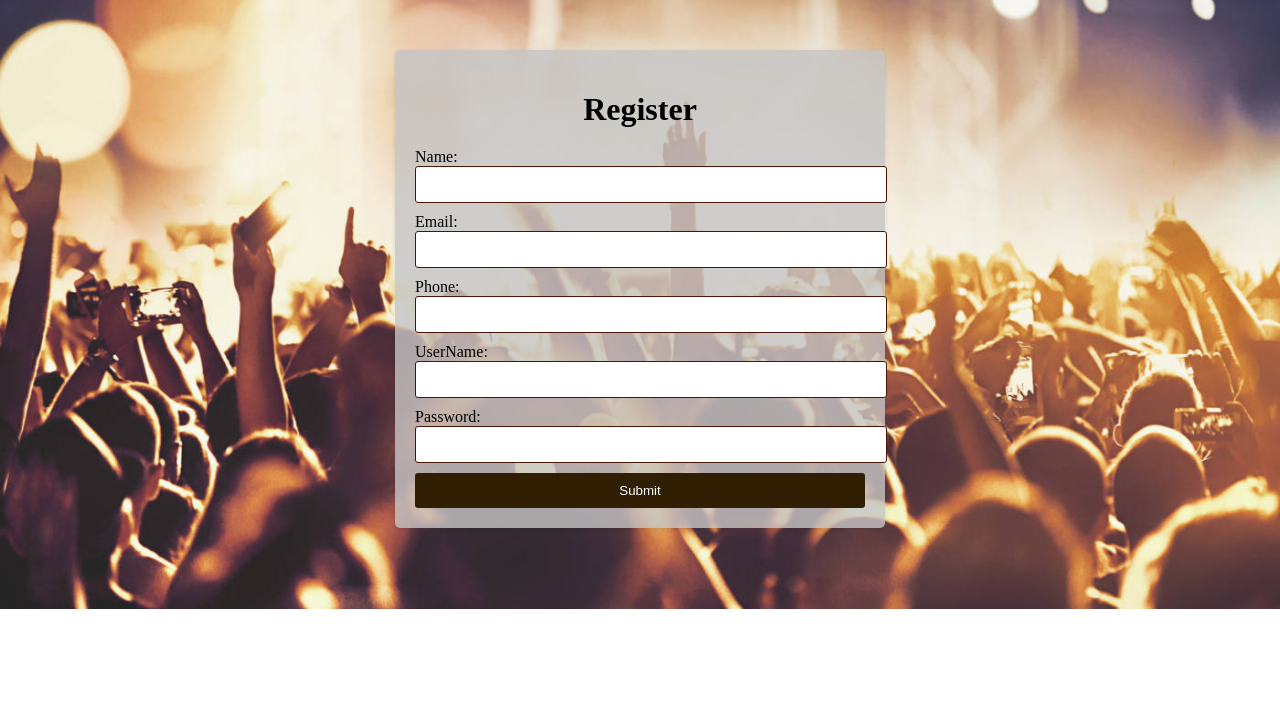
Repository: Dulankayapa/2ndyearoopprojrct
Page: http://localhost/feedback/Registration.jsp
The author's editor kept a copy of each file at every save. The page is drawn from the files as they stood at one save, then again after the next save.
The browser window is 1280 px wide. The pictures show the whole page.
The page is served by Tomcat 9. Other server files are loaded and not shown.

Above is the page before, as saved 2023-10-22 18:35:30.

### feedback/src/main/webapp/Registration.jsp
<%@ page language="java" contentType="text/html; charset=UTF-8"
    pageEncoding="UTF-8"%>
<!DOCTYPE html>
<html>
<head>
<meta charset="UTF-8">
<title>Insert title here</title>
<style>body {
    background-image: url("Case-Event-economics.jpg");
    background-size: cover;
    background-position: center;
    background-repeat: no-repeat;
  }

  form {
    max-width: 450px;
    margin: 50px auto;
    padding: 20px;
    border-radius: 5px;
    background-color: #c6c5c5cc;
    box-shadow: 0 2px 4px rgba(0, 0, 0, 0.1);
  }

  h1 {
    text-align: center;
    margin-bottom: 20px;
  }

  input[type="text"],
  input[type="password"] {
    width: 100%;
    padding: 10px;
    border: 1px solid hsl(15, 87%, 15%);
    border-radius: 3px;
    margin-bottom: 10px;
  }

  input[type="submit"] {
    width: 100%;
    padding: 10px;
    background-color: #301f03;
    color: #fff;
    border: none;
    border-radius: 3px;
    cursor: pointer;
  }

  input[type="submit"]:hover {
    background-color: #449d44;
  }

  label {
    display: block;
    margin-bottom: 5px;
    font-weight: bold;
  }
  </style>
</head>
<body>
	<form action = "insert" method = "post">
		<h1>Register</h1>
		Name:<input type = "text" name = "Name" required><br>
		Email:<input type = "text" name = "Email" required><br>
		Phone:<input type = "text" name = "Phone" required><br>
		UserName:<input type = "text" name = "UserName" required><br>
		Password:<input type = "password" name = "Password" required><br>

		<input type = "submit" value = "Submit">
	</form>
</body>
</html>

After the next save:
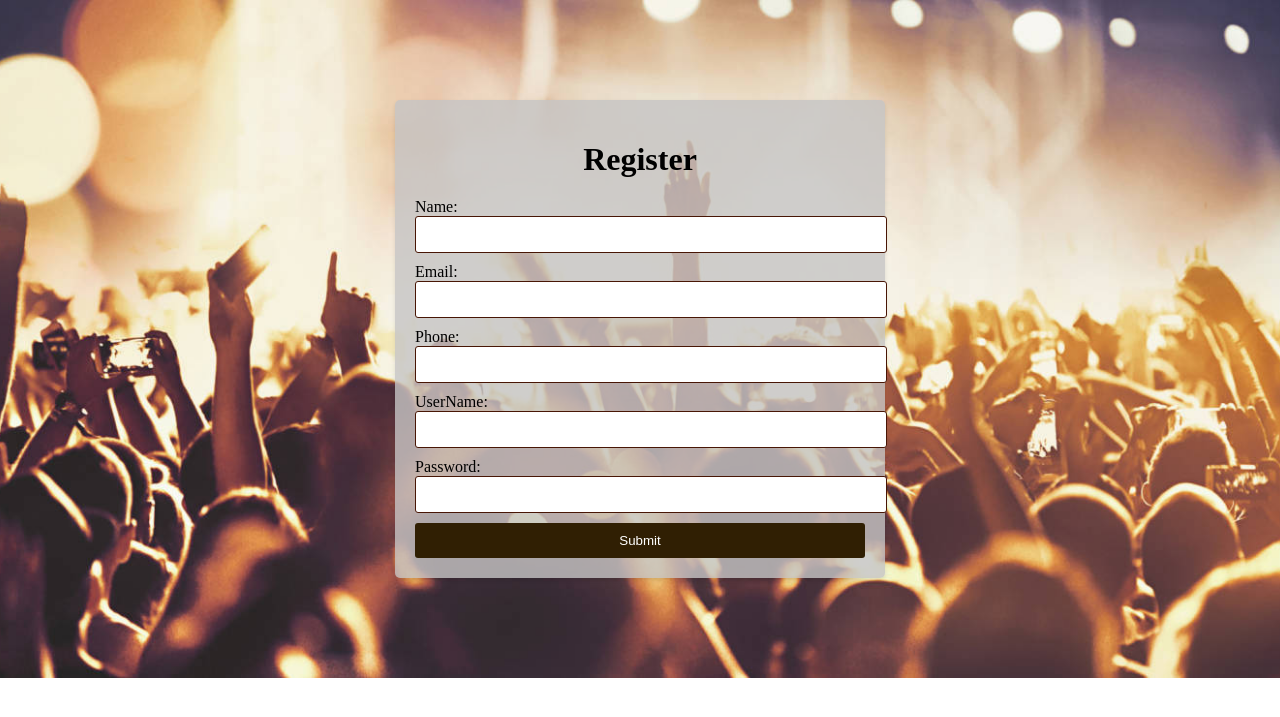
Saved 41 s later.
--- a/feedback/src/main/webapp/Registration.jsp
+++ b/feedback/src/main/webapp/Registration.jsp
@@ -14,7 +14,7 @@
 
   form {
     max-width: 450px;
-    margin: 50px auto;
+    margin: 100px auto;
     padding: 20px;
     border-radius: 5px;
     background-color: #c6c5c5cc;
